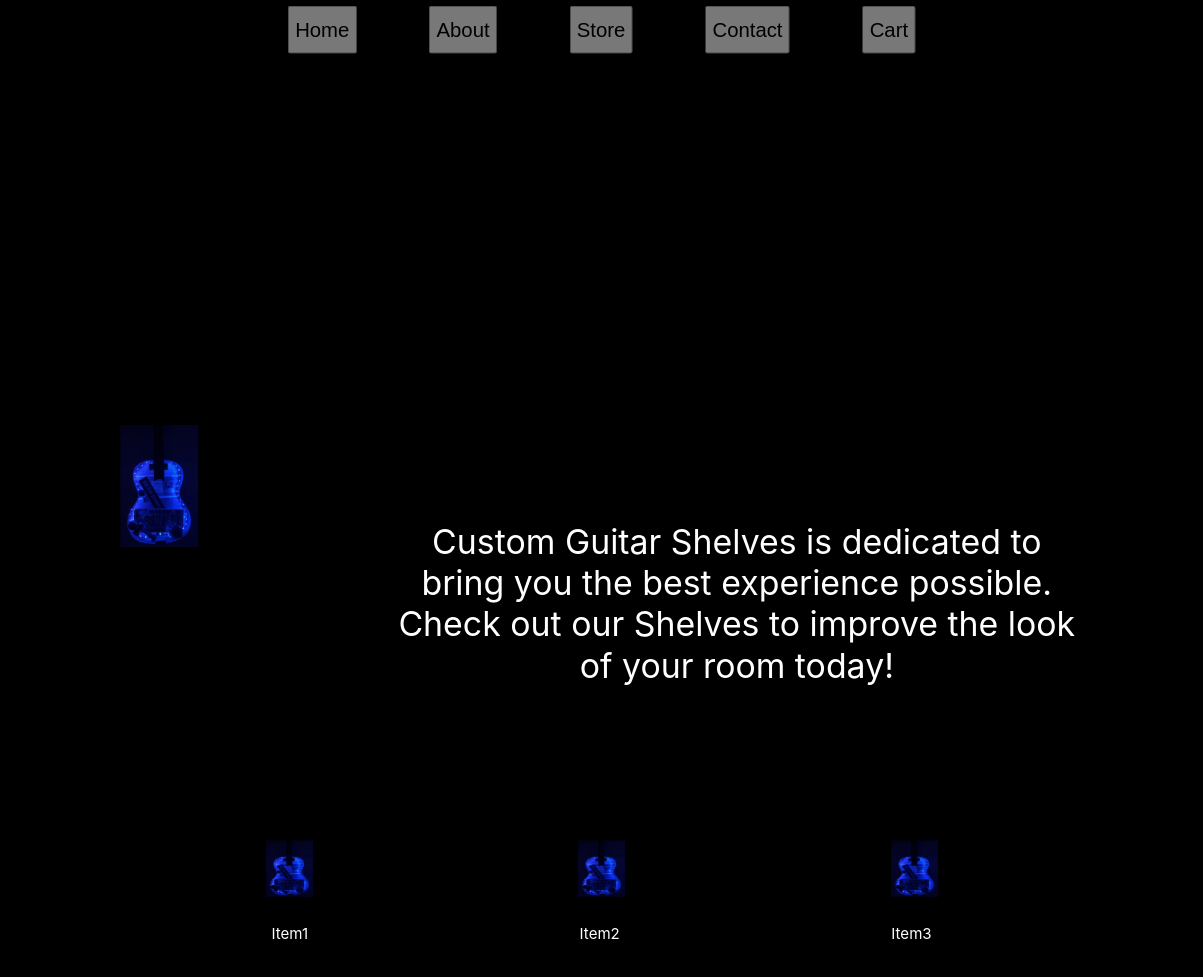
Repository: Kobramall/guitar-shelves-mock-store
Page: /
The author's editor kept a copy of each file at every save. The page is drawn from the files as they stood at one save, then again after the next save.
The browser window is 1280 px wide. The pictures show the whole page, at 94% of full size.
Pictures or frames that could not be fetched are drawn as grey boxes. The project was rebuilt for these pictures with package versions that can differ from the ones it lists, and the page was loaded fresh each time. Also part of the build but not shown: src/componets/Cart.js. Imported but missing from the stored project, and not drawn on this page: src/assets/GuitarSV.MP4.

Above is the page before, as saved 2022-11-02 17:17:02.

### src/App.js
import './App.css';
import Vd from './assets/GuitarSV.MP4'
import Img from './assets/guitarPhoto.jpg'
import Navbar from './componets/Navbar';
import Cart from './componets/Cart';
import {useState} from 'react'

function App() {
  const [ cartDisplayed, setCartDisplay] = useState(false)

  const toggleCartDisplay = () =>{
      cartDisplayed ? setCartDisplay(false) : setCartDisplay(true)
  }

  return (
    cartDisplayed ? <Cart toggleCartDisplay={toggleCartDisplay} cartDisplayed={cartDisplayed} setCartDisplay={setCartDisplay}/> :
    <div className="App">
        <Navbar toggleCartDisplay={toggleCartDisplay} cartDisplayed={cartDisplayed} setCartDisplay={setCartDisplay}/>
      <div className='Home'>
          <video src={Vd} autoPlay loop muted height="250" width="300"/>
      </div>
      <div className='About'>
         <img src={Img} alt="Guitar Product" height="130" width="120"/>
         <p>Custom Guitar Shelves is dedicated to bring you the best experience possible. Check out our Shelves to improve the look of your room today!</p>
      </div>
      <div className='Store'>
        <div className='picRow'>
        <img src={Img} alt="item one" height="60" width="50"/>
        <img src={Img} alt="item two"height="60" width="50" />
        <img src={Img} alt="item three" height="60" width="50"/>
        </div>
        <div className='itemName'>
           <p>Item1</p>
           <p>Item2</p>
           <p>Item3</p>
        </div>
      </div>
      <footer>
        <a href='kbramall11@gmail.com'>Email</a>
      </footer>
    </div>
  );
}

export default App;

### src/App.css
.App {
  text-align: center;
}

.App-logo {
  height: 40vmin;
  pointer-events: none;
}

video{
  margin-top: 1%;
}

@media (prefers-reduced-motion: no-preference) {
  .App-logo {
    animation: App-logo-spin infinite 20s linear;
  }
}

body{
  background-color: black;
  color: white;
}

.App header {
   background-color: black;
   opacity: 0.5;
}

.App-link {
  color: #61dafb;
}

.About{
  display: flex;
  justify-content: center;
  padding: 10%;
  font-size: 5vh;
}

.About img{
  margin-right: 20%;
}

.About p{
  display: flex;
  justify-content: center;
  margin-top: 10%;
}

.picRow{
  display: flex;
  justify-content: space-evenly;
  margin-bottom: 0%;

}

.picRow img{
  margin-bottom: 0%;
}

.itemName{
  display: flex;
  justify-content: space-evenly;
  margin-top:1%;
}

@keyframes App-logo-spin {
  from {
    transform: rotate(0deg);
  }
  to {
    transform: rotate(360deg);
  }
}

### src/componets/Navbar.js
import React, {useState} from "react"
import './Navbar.css'


export default function Navbar(props){
    const [fix, setFix] = useState(false)

    function setFixedNavbar(){
        if(window.scrollY >= 1) {
            setFix(true)
        }else{
            setFix(false)
        }
    }

      window.addEventListener("scroll", setFixedNavbar)
    return(
        <header className={fix ? "navbar active" : 'navbar'}>
         <button><a href="/">Home</a></button>
         <button>About</button>
         <button>Store</button>
         <button>Contact</button>
         <button onClick={props.toggleCartDisplay}>Cart</button>
      </header>
    )
}

### src/componets/Navbar.css
.navbar{
    display: flex;
    justify-content: center;
    background-color: transparent;
    position: sticky;
    top:0;

}

.navbar.active {
    background-color: gray;

}

button{
    margin-top: 0.5%;
    margin-left: 3%;
    margin-right: 3%;
    font-size: 3vh;
    height: 7vh;
}
a{
   text-decoration: none;
   color: black;
}

Loaded but not shown: public/index.html (common file); src/index.js (common file); src/index.css (common file); src/reportWebVitals.js (common file)

After the next save:
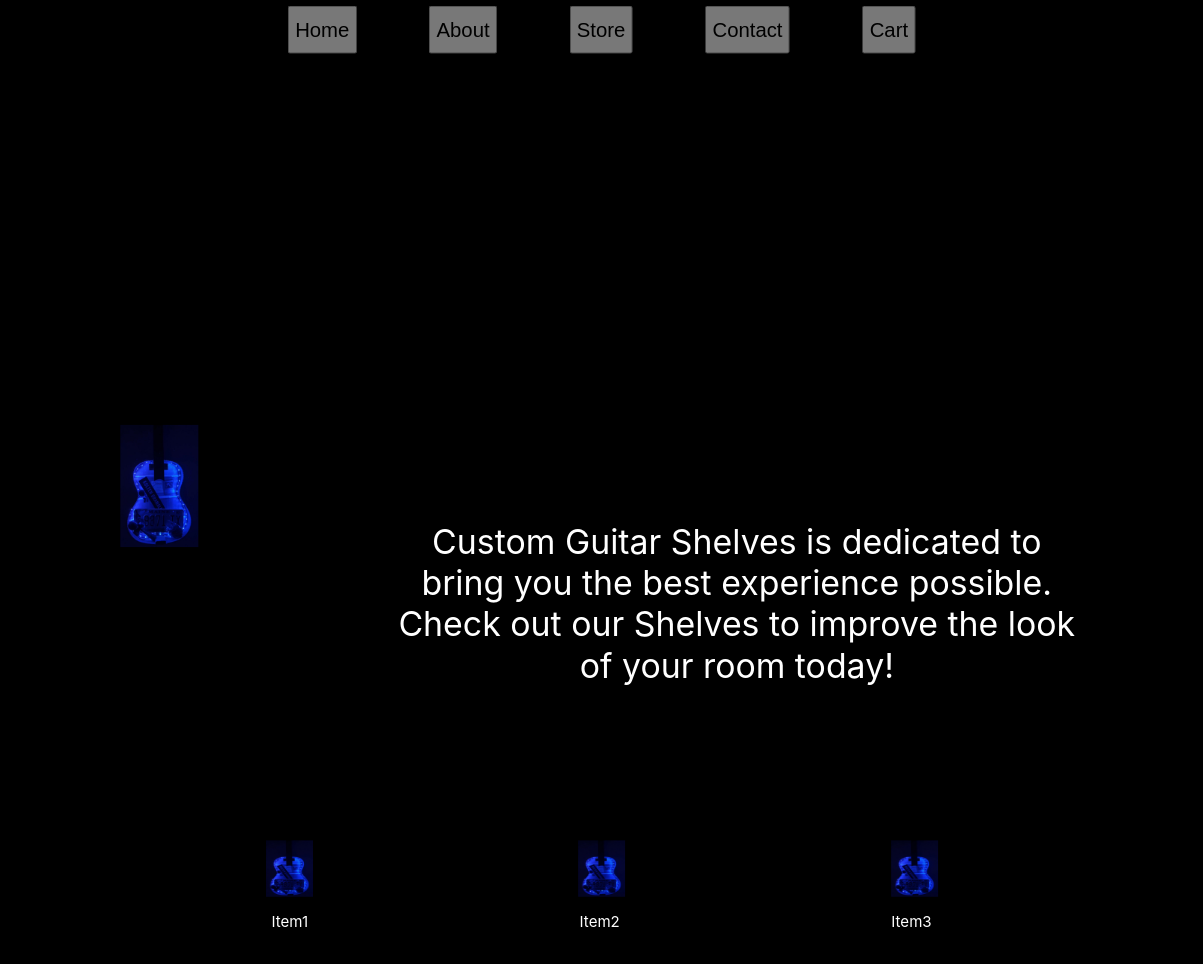
Saved 19 s later.
--- a/src/App.css
+++ b/src/App.css
@@ -62,7 +62,7 @@
 .itemName{
   display: flex;
   justify-content: space-evenly;
-  margin-top:1%;
+  margin-top:0%;
 }
 
 @keyframes App-logo-spin {
